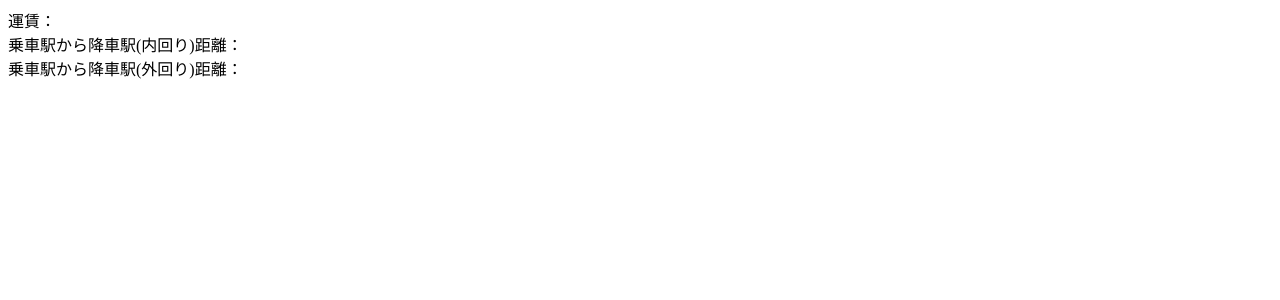
Repository: aiueo20/18ca0155
Page: http://localhost/kadai0603/keisan.jsp
These files come from the project's save history. The page is drawn as it stood at one moment and after the next save; the edit follows.
The browser window is 1280 px wide. The pictures show the whole page.
The page is served by Tomcat 9. Other server files are loaded and not shown.

Above is the page before, as saved 2019-01-21 04:23:46.

### SSP/kadai0603/WebContent/keisan.jsp
<%@ page language="java" contentType="text/html; charset=UTF-8"
    pageEncoding="UTF-8"%>
<!DOCTYPE html>
<html>
<head>
<meta charset="UTF-8">
<title>Insert title here</title>
</head>
<body>
<form action="/kadai0603/yamanote" method="get">
運賃：
<br>
乗車駅から降車駅(内回り)距離：
<br>
乗車駅から降車駅(外回り)距離：
<br>

</form>
</body>
</html>

After the next save:
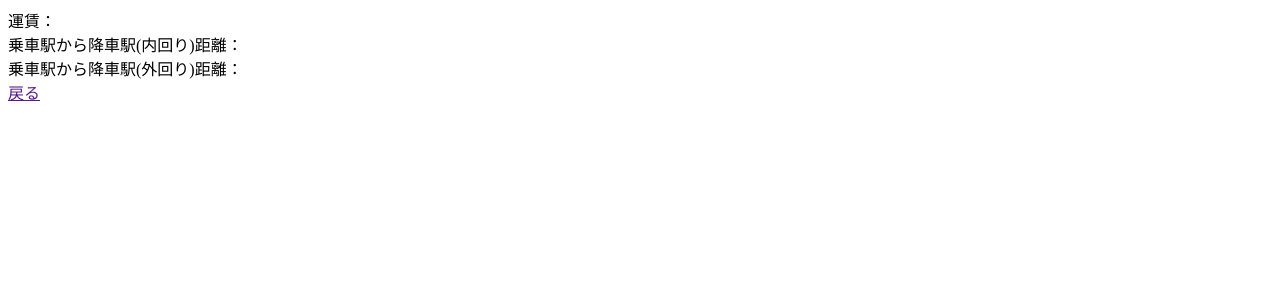
Saved 42 s later.
--- a/SSP/kadai0603/WebContent/keisan.jsp
+++ b/SSP/kadai0603/WebContent/keisan.jsp
@@ -14,7 +14,7 @@
 <br>
 乗車駅から降車駅(外回り)距離：
 <br>
-
+<a href="">戻る</a>
 </form>
 </body>
 </html>
